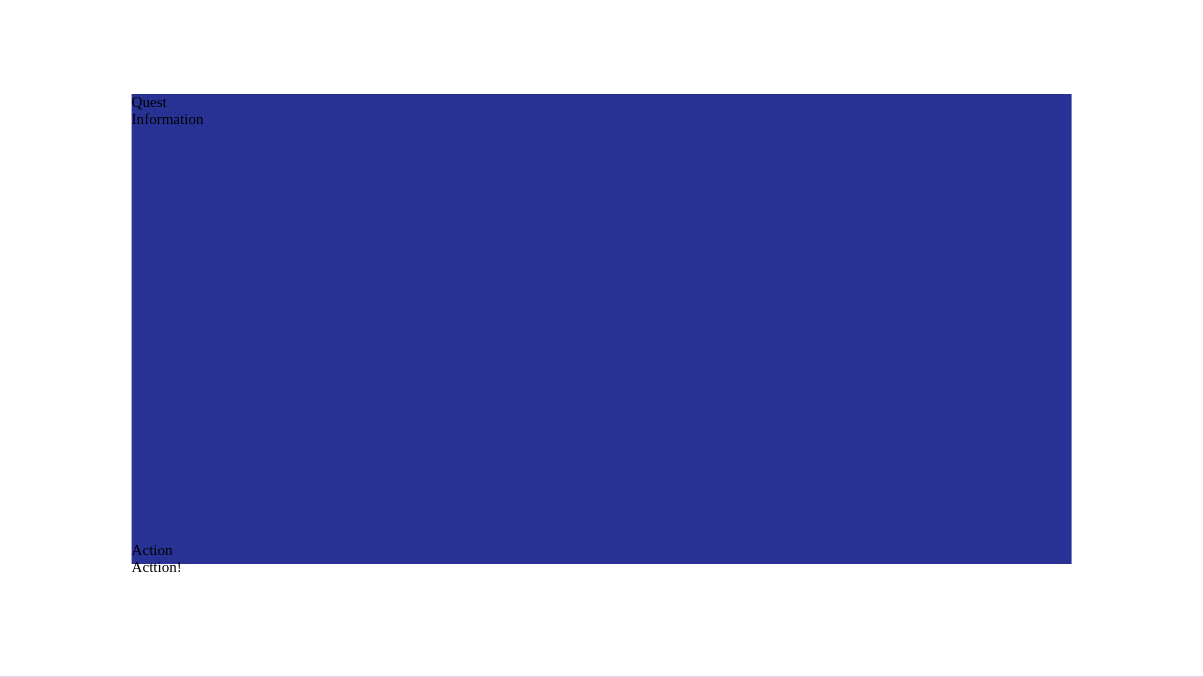
Repository: rahulnag7963/UBCHacks4.0
Page: /
These files come from the project's save history. The page is drawn as it stood at one moment and after the next save; the edit follows.
The browser window is 1280 px wide. The pictures show the whole page, at 94% of full size.
The project was rebuilt for these pictures with package versions that can differ from the ones it lists, and the page was loaded fresh each time.

Above is the page before, as saved 2022-11-26 03:01:51.

### public/index.html
<!DOCTYPE html>
<html lang="en">
  <head>
    <meta charset="utf-8" />
    <link rel="icon" href="%PUBLIC_URL%/favicon.ico" />
    <meta name="viewport" content="width=device-width, initial-scale=1" />
    <meta name="theme-color" content="#000000" />
    <meta
      name="description"
      content="Web site created using create-react-app"
    />
    <link rel="apple-touch-icon" href="%PUBLIC_URL%/logo192.png" />
    <link rel="manifest" href="%PUBLIC_URL%/manifest.json" />
    <title>BC Hacks 4.0 Game</title>
  </head>
  <body>
    <noscript>You need to enable JavaScript to run this app.</noscript>
    <div id="root"></div>
  </body>
</html>

### src/index.tsx
import React from 'react';
import ReactDOM from 'react-dom/client';
import './index.css';
import App from './app';

const root = ReactDOM.createRoot(
  document.getElementById('root') as HTMLElement
);

root.render(
  <React.StrictMode>
    <App />
  </React.StrictMode>
);

### src/app.tsx
import React from "react";
import "./app.css";
import Quest from "./Components/Quest";
import Information from "./Components/Information";
import Action from "./Components/Action";
function app() {
  return (
    <div className="app">
      <Quest />
      <Information />
      <div className="actionComponent">
        <Action />
      </div>
    </div>
  );
}

export default app;

### src/app.css
.app {
    height: 500px;
    width: 1000px;
    background-color: rgb(39, 50, 148);
    margin-left: auto;
    margin-right: auto;
    margin-top: 100px;
}

.actionComponent {
    position: relative;
    top: 440px;
}

### src/Components/Quest.tsx
import React from 'react'

const Quest = () => {
  return (
    <div>Quest</div>
  )
}

export default Quest

### src/Components/Information.tsx
import React from 'react'

const Information = () => {
  return (
    <div>Information</div>
  )
}

export default Information

### src/Components/Action.tsx
import React from "react";

const Action = () => {
  return (
    <div>
      <div>Action</div>
      <div>Acttion!</div>
    </div>
  );
};

export default Action;

### src/Components/Action.css
div{
    display: flex;
    flex-direction: row;
}

Loaded but not shown: src/index.css (common file)

After the next save:
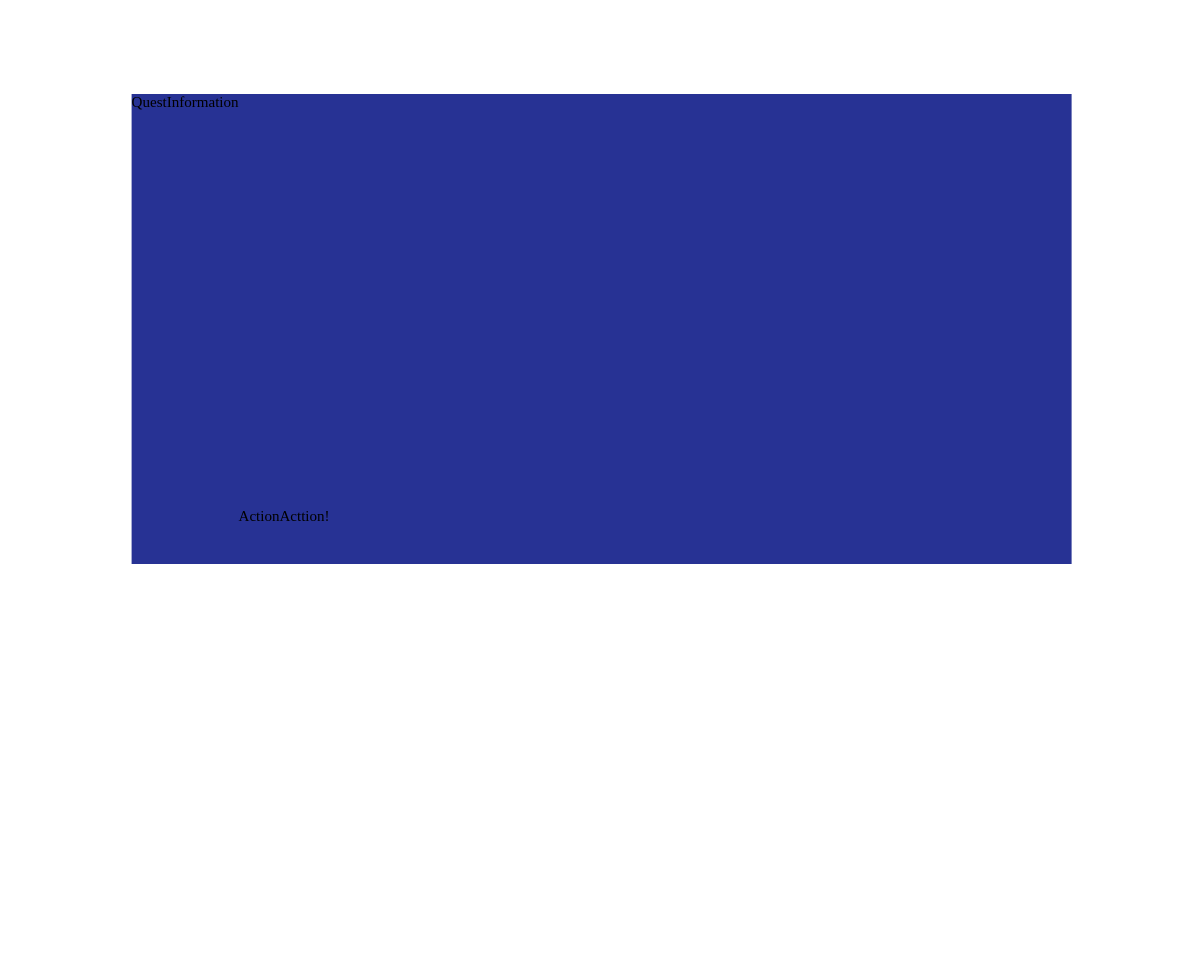
Saved 23 s later.
--- a/src/Components/Action.tsx
+++ b/src/Components/Action.tsx
@@ -1,5 +1,5 @@
 import React from "react";
-
+import "./Action.css";
 const Action = () => {
   return (
     <div>
